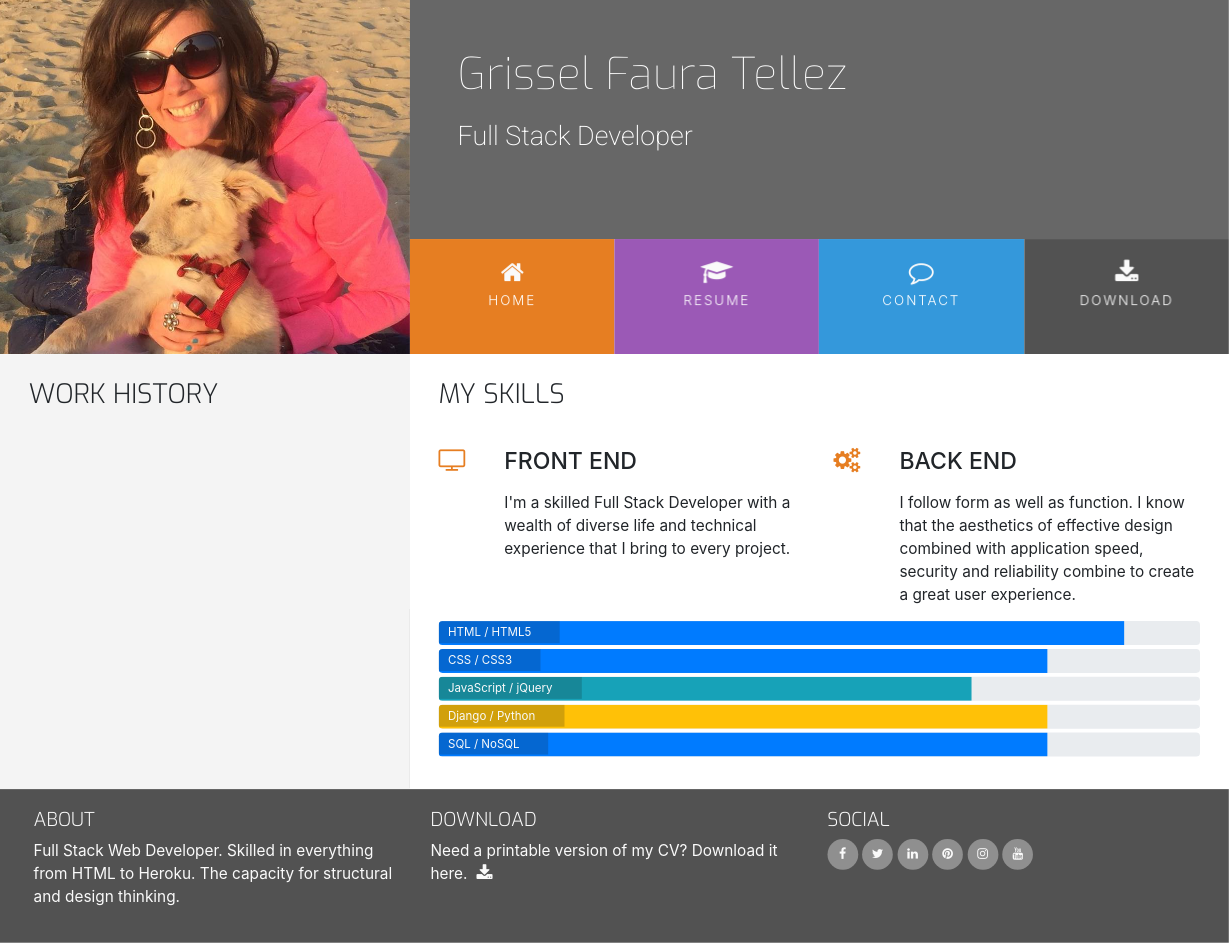
Repository: grisselfaura/Resume-Project-Introduction
Page: resume.html
The author's editor kept a record of every edit. The page is drawn from the files as they stood at one moment, then again after the next edit.
The browser window is 1280 px wide. The pictures show the whole page, at 96% of full size.

Above is the page before.

### resume.html
<!DOCTYPE html>
<html lang="en">
<head>
    <meta charset="UTF-8">
    <meta name="viewport" content="width=device-width, initial-scale=1.0">
    <meta http-equiv="X-UA-Compatible" content="ie=edge">
    <link rel="stylesheet" href="https://stackpath.bootstrapcdn.com/bootstrap/4.3.1/css/bootstrap.min.css" type="text/css" />
    <link rel="stylesheet" href="https://stackpath.bootstrapcdn.com/font-awesome/4.7.0/css/font-awesome.min.css" type="text/css" />
    <link rel="stylesheet" href="https://cdnjs.cloudflare.com/ajax/libs/hover.css/2.3.1/css/hover-min.css" type="text/css" />
    <link rel="stylesheet" href="assets/CSS/style.css" type="text/css" />
    <title>Grissel</title>
</head>
<body>
    <header>
       <div class="row no-gutters">
           <a class="col-md-4 logo" href="index.html"></a>
           <div class="col-md-8">
               <div class="row no-gutters bg-color-name-title">
                   <div class="col heading">
                       <h1 class="name">Grissel Faura Tellez</h1>
                       <h2 class="title">Full Stack Developer</h2>
                    </div>
               </div>
               <div class="row no-gutters">
                   <div class="col">
                       <ul id="nav" class="list-inline menucontainer">
                           <li class="col-6 col-sm-3 ui-menu-color-home list-inline-item menuitem">
                               <a href="#" class="hvr-sweep-to-bottom"><i class="fa fa-home" aria-hidden="true"></i><span>Home</span></a>
                           </li>
                           <li class="col-6 col-sm-3 ui-menu-color-resume list-inline-item menuitem">
                               <a href="#" class="hvr-sweep-to-bottom"><i class="fa fa-graduation-cap" aria-hidden="true"></i><span>Resume</span></a>
                           </li>
                           <li class="col-6 col-sm-3 ui-menu-color-contact list-inline-item menuitem">
                               <a href="#" class="hvr-sweep-to-bottom"><i class="fa fa-comment-o" aria-hidden="true"></i><span>Contact</span></a>
                           </li>
                           <li class="col-6 col-sm-3 ui-menu-color-download list-inline-item menuitem">
                               <a href="#" class="hvr-sweep-to-bottom"><i class="fa fa-download" aria-hidden="true"></i><span>Download</span></a>
                           </li>
                       </ul>
                   </div>
               </div>
           </div>
       </div>
    </header>
    <section class="container-fluid">
        <div class="row">
            <div class="col-md-4 bg-color-personal-info section-column">
                <div class="row">
                    <div class="col-12">
                        <h3 class="section-heading uppercase">Work History</h3>
                    </div>
                </div>
            </div>
            <div class="col-md-8 bg-color-three-reasons section-column">
                <div class="row">
                    <div class="col">
                        <h3 class="section-heading uppercase">My Skills</h3>
                    </div>
                </div>
                <div class="row">
                    <div class="col-10 offset-1 offset-sm-0 col-sm-4 col-md-6">
                        <div class="row">
                            <div class="col-2">
                                <i class="three-reasons-icon fa fa-tv" aria-hidden="true"></i>
                            </div>
                            <div class="col-10">
                                <h4 class="three-reasons-heading uppercase">Front End</h4>
                                <p>
                                    I'm a skilled Full Stack Developer with a wealth of diverse life and technical experience that I bring to every project.
                                </p>
                            </div>
                        </div>
                    </div>
                    <div class="col-10 offset-1 offset-sm-0 col-sm-4 col-md-6">
                        <div class="row">
                            <div class="col-2">
                                <i class="three-reasons-icon fa fa-gears" aria-hidden="true"></i>
                            </div>
                            <div class="col-10">
                                <h4 class="three-reasons-heading uppercase">Back End</h4>
                                <p>
                                    I follow form as well as function. I know that the aesthetics of effective design combined with application speed, security and reliability combine to create a great user experience.
                                </p>
                            </div>
                        </div>
                    </div>
                </div>
                <div class="row">
                    <div class="col">
                        <div class="progress">
                            <div class="progress-bar" role="progressbar" aria-valuenow="90" aria-valuemin="0" aria-valuemax="100" style="width:90%;">
                                <span class="sr-only">90% complete</span>
                            </div>
                            <span class="progress-type">HTML / HTML5</span>
                        </div>
                        <div class="progress">
                            <div class="progress-bar bg-sucess" role="progressbar" aria-valuenow="80" aria-valuemin="0" aria-valuemax="100" style="width:80%;">
                                <span class="sr-only">80% complete</span>
                            </div>
                            <span class="progress-type">CSS / CSS3</span>
                        </div>
                        <div class="progress">
                            <div class="progress-bar bg-info" role="progressbar" aria-valuenow="70" aria-valuemin="0" aria-valuemax="100" style="width:70%;">
                                <span class="sr-only">70% complete</span>
                            </div>
                            <span class="progress-type">JavaScript / jQuery</span>
                        </div>
                        <div class="progress">
                            <div class="progress-bar bg-warning" role="progressbar" aria-valuenow="80" aria-valuemin="0" aria-valuemax="100" style="width:80%;">
                                <span class="sr-only">80% complete</span>
                            </div>
                            <span class="progress-type">Django / Python</span>
                        </div>
                         <div class="progress">
                            <div class="progress-bar bg-daner" role="progressbar" aria-valuenow="80" aria-valuemin="0" aria-valuemax="100" style="width:80%;">
                                <span class="sr-only">80% complete</span>
                            </div>
                            <span class="progress-type">SQL / NoSQL</span>
                        </div>
                    </div>
                </div>
            </div>
        </div>
 </section>
    <footer class="container-fluid">
        <div id="footer-details" class="row">
            <div class="col-sm-4">
                <h5 class="uppercase general-sub">About</h5>
                <p class ="inline-block">
                Full Stack Web Developer. Skilled in everything from HTML to Heroku. The capacity for structural and design thinking.</p>
            </div>
            <div class="col-sm-4">
                <h5 class="uppercase general-sub">Download</h5>
                <p class ="inline-block">
                Need a printable version of my CV? Download it here.
                    <a href="#" target="_blank" class="cv-pdf">
                        <i class="fa fa-download" aria-hidden="true"></i>
                        <span class="sr-only">Download link again.</span>
                    </a>
                </p>
             </div>
            <div class="col-sm-4">
                <h5 class="uppercase general-sub">Social</h5>
                <ul class="list-inline social-links">
                    <li class="list-inline-item">
                        <a target="_blank" href="#">
                            <i class="fa fa-facebook" aria-hidden="true"></i>
                            <span class="sr-only">Facebook</span>
                        </a>
                    </li>
                    <li class="list-inline-item">
                        <a target="_blank" href="#">
                            <i class="fa fa-twitter" aria-hidden="true"></i>
                            <span class="sr-only">Twitter</span>
                        </a>
                    </li>
                     <li class="list-inline-item">
                        <a target="_blank" href="#">
                            <i class="fa fa-linkedin" aria-hidden="true"></i>
                            <span class="sr-only">LinkedIn</span>
                        </a>
                    </li>
                    <li class="list-inline-item">
                        <a target="_blank" href="#">
                            <i class="fa fa-pinterest" aria-hidden="true"></i>
                            <span class="sr-only">Pinterest</span>
                        </a>
                    </li>
                    <li class="list-inline-item">
                        <a target="_blank" href="#">
                            <i class="fa fa-instagram" aria-hidden="true"></i>
                            <span class="sr-only">Instagram</span>
                        </a>
                    </li>
                    <li class="list-inline-item">
                        <a target="_blank" href="#">
                            <i class="fa fa-youtube" aria-hidden="true"></i>
                            <span class="sr-only">Youtube</span>
                        </a>
                    </li>
                </ul>
            </div>
        </div>
    </footer>
</body>
</html>

### assets/CSS/style.css
@import url('https://fonts.googleapis.com/css?family=Roboto:100,200,300,400,500,600,700|Exo:100,200,300,400,500,600,700');

/*---------------------------------Colours*/

.bg-color-name-title {
    background-color: #676767;
}

.bg-color-three-reasons {
    background-color: #fff;
}

.bg-color-personal-info {
    background-color: #f4f4f4;
}

.ui-menu-color-home {
     background-color: #e67e22;
}

.ui-menu-color-resume {
     background-color: #9b59b6;
}

.ui-menu-color-contact {
     background-color: #3498db;
}

.ui-menu-color-download {
     background-color: #525252;
}
/*---------------------------------Special paddings/margins/text*/

h1,
h2,
h3,
h4 {
    margin: 0;
}

.uppercase {
   text-transform: uppercase;
}

.general-sub {
    font-family: "Exo", sans-serif;
    font-weight: 300;
    color: #fafafa;
}

.inline-block {
    display: inline-block;
}

.row-table {
    display: table;
}

.section-column {
    display: table-cell;
    padding: 0 30px 30px;
    float: none;
}

.section-heading {
    font-family: "Exo", sans-serif;
    font-weight: 300;
    margin-top: 25px;
    margin-bottom: 40px;
}

/*---------------------------------Heading*/
header {
    margin: 0;
}

.heading {
    margin-left: 50px;
}

.logo {
    background: url("../images/gri.jpg");
    background-position: center;
    background-repeat: no-repeat;
    background-size: cover;
    min-height: 360px;
    transition: all .5s ease-in-out;
    -moz-transition: all .5s ease-in-out;
    -webkit-transition: all .5s ease-in-out;
}

.name {
    font-family: "Exo", sans-serif;
    font-weight: 100;
    font-size: 46px;
    margin-top: 50px;
    color: #ffffff;
}

.title {
    font-family: "Roboto", sans-serif;
    font-weight: 200;
    font-size: 28px;
    margin-top: 20px;
    margin-bottom: 90px;
    color: #ffffff;
}
.list-inline-item:not(:last-child) {
    margin-right: 0;
}
.menucontainer {
    font-size: 0;
}

#nav {
    margin: 0
}

#nav li {
    font-size: 14px;
    padding: 0;
}

.menuitem {
    height: 120px;
    text-align: center;
    padding: 0;
}

.menuitem a {
    width: 100%;
    text-decoration: none;
    color: #fff;
    height: 120px;
}

.menuitem a i {
    padding-top: 22px;
    display: block;
    color: #fafafa;
    font-size: 26px;
}

.menuitem span {
    display: block;
    width: 100%;
    padding-top: 5px;
    text-align: center;
    text-transform: uppercase;
    font-size: 14px;
    font-weight: 300;
    letter-spacing: 2px;
}

/*---------------------------------Hover.css*/
.hvr-sweep-to-bottom:before {
    background: rgba(0,0,0,0.2);
    height: 120px;
}

/*---------------------------------Footer*/

footer {
    background-color: #525252;
    color: #fafafa;
    min-height: 120px;
    margin: 0;
}

.cv-pdf i {
  font-size: 18px;
  color: #fafafa;
  text-align: center;
  padding-left: 5px;
  transition: all 0.35s ease-in-out;
  -moz-transition: all 0.35s ease-in-out;
  -webkit-transition: all 0.35s ease-in-out;
  -o-transition: all 0.35s ease-in-out;
}

.cv-pdf i:hover {
  color: #e84610;
}

.social-links {
    padding-bottom: 15px;
}

.social-links li a i {
    width: 32px;
    height: 32px;
    padding: 12px 0;
    border-radius: 50%;
    font-size: 13px;
    line-height: 7px;
    text-align: center;
    color: #fafafa;
    background: #8f8f8f;
    transition: all 0.35s ease-in-out;
    -moz-transition: all 0.35s ease-in-out;
    -webkit-transition: all 0.35s ease-in-out;
    -o-transition: all 0.35s ease-in-out;
}

.social-links li a i:hover {
    background: #e84610;
}

#footer-details {
    padding: 20px;
}

/*---------------------------------Three Reasons*/

.three-reasons-icon {
    font-size: 26px;
    color: #e67e22;
}

.three-reasons-heading {
    margin-bottom: 15px;
}

/*---------------------------------Personal Info*/
.personal-info-item {
    margin-bottom: 20px;
    display: block;
    clear: both;
}

.personal-info-item .key,
.personal-info-item .value {
    padding-right: 8px;
    display: inline-block;
}

.personal-info-item .key p,
.personal-info-item .value p {
    margin: 0;
}

.personal-info-item .key {
    width: 30%;
    margin-right: 21px;
    padding-top: 2px;
    vertical-align: top;
}

.personal-info-item .key p {
    font-weight: 700;
}

.personal-info-item .value {
    position: relative;
    width: 60%;
}

/*---------------------------------Skills*/

.progress {
    position: relative;
    height: 25px;
    margin-bottom: 4px;
}

.progress-type {
    position: absolute;
    left:0px;
    font-weight: 400;
    padding: 3px 30px 2px 10px;
    color: #fafafa;
    background-color: rgba(25, 25, 25, 0.2);
}

.progress-section {
    margin: 40px 20px;

}

After the next edit:
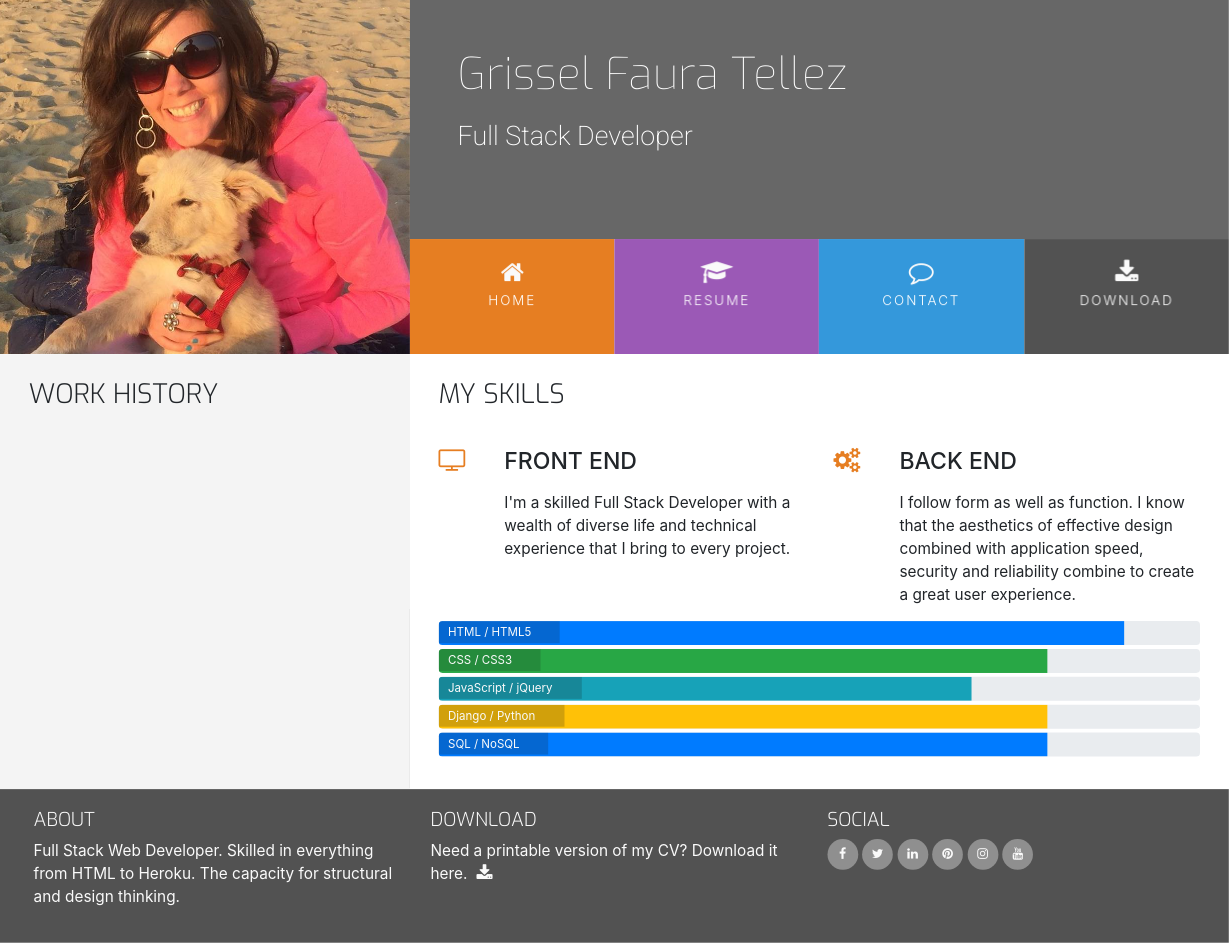
The edit:
--- a/resume.html
+++ b/resume.html
@@ -94,7 +94,7 @@
                             <span class="progress-type">HTML / HTML5</span>
                         </div>
                         <div class="progress">
-                            <div class="progress-bar bg-sucess" role="progressbar" aria-valuenow="80" aria-valuemin="0" aria-valuemax="100" style="width:80%;">
+                            <div class="progress-bar bg-success" role="progressbar" aria-valuenow="80" aria-valuemin="0" aria-valuemax="100" style="width:80%;">
                                 <span class="sr-only">80% complete</span>
                             </div>
                             <span class="progress-type">CSS / CSS3</span>
